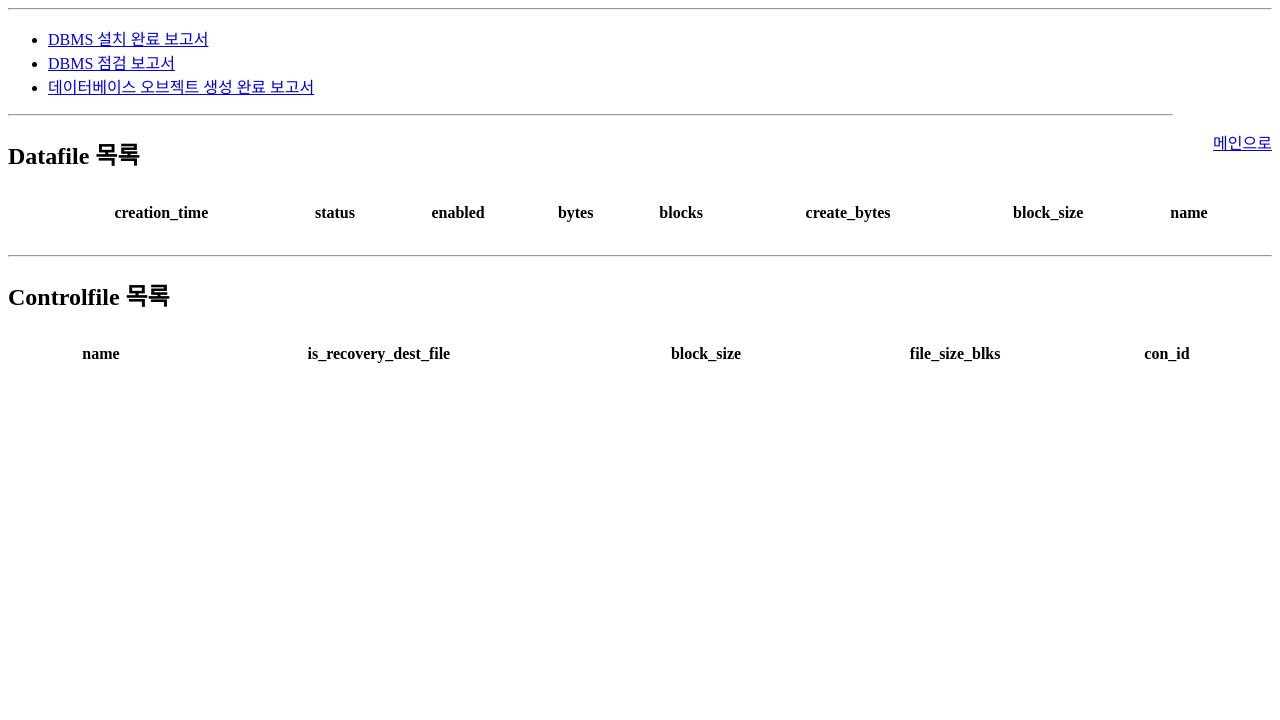
Repository: joon14/java11_database
Page: http://localhost/test01/report02.jsp
The author's editor kept a copy of each file at every save. The page is drawn from the files as they stood at one save, then again after the next save.
The browser window is 1280 px wide. The pictures show the whole page.
The page is served by Tomcat 9. Queries for data that is not in the repository find no rows.

Above is the page before, as saved 2024-03-29 07:13:04.

After the next save:
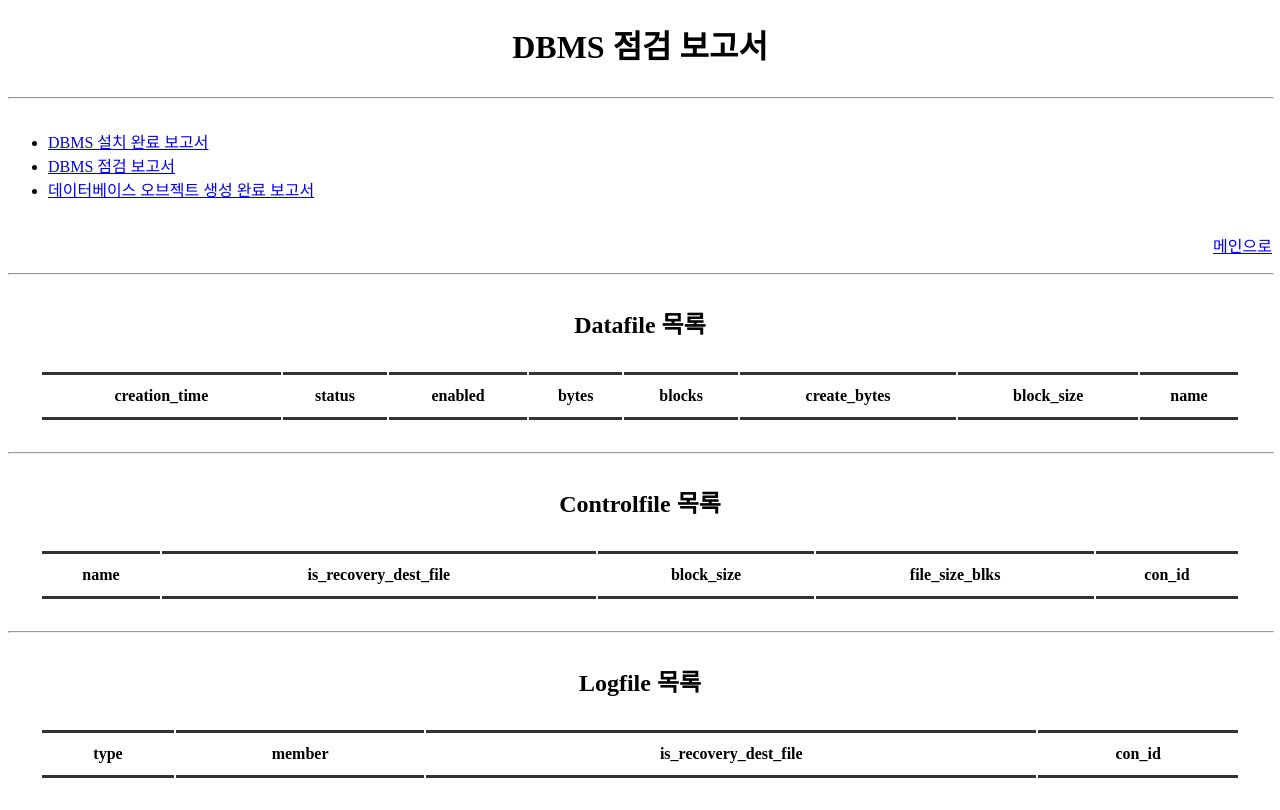
Saved 59 s later.
--- a/test01/WebContent/report02.jsp
+++ b/test01/WebContent/report02.jsp
@@ -114,13 +114,20 @@
 <head>
 <meta charset="UTF-8">
 <title>DBMS 점검 보고서</title>
+<style>
+	.title { text-align:center; }
+	.tb th {border-top:3px solid#333; border-bottom:3px solid#333; line-height:40px;}
+    .tb td {border-bottom:1px solid#333; line-height:30px; text-align: center;}
+	hr { clear:both; width:100%; margin:30px 0px; padding:0; }
+</style>
 </head>
 <body>
+<h1 class="title">DBMS 점검 보고서</h1>
 <hr>
 <%@ include file="menu.jsp" %>
 <hr>
-<h2>Datafile 목록</h2>
-<table style="width:1200px; margin:30px auto">
+<h2 class="title">Datafile 목록</h2>
+<table style="width:1200px; margin:30px auto" class="tb">
 	<thead>
 		<tr>
 			<th>creation_time</th>
@@ -149,8 +156,8 @@
 	</tbody>
 </table>
 <hr>
-<h2>Controlfile 목록</h2>
-<table style="width:1200px; margin:30px auto">
+<h2 class="title">Controlfile 목록</h2>
+<table style="width:1200px; margin:30px auto" class="tb">
 	<thead>
 		<tr>
 			<th>name</th>
@@ -172,5 +179,27 @@
 	</c:forEach>
 	</tbody>
 </table>
+<hr>
+<h2 class="title">Logfile 목록</h2>
+<table style="width:1200px; margin:30px auto" class="tb">
+	<thead>
+		<tr>
+			<th>type</th>
+			<th>member</th>
+			<th>is_recovery_dest_file</th>
+			<th>con_id</th>
+		</tr>
+	</thead>
+	<tbody>
+	<c:forEach var="data" items="${lList }" varStatus="status">
+		<tr>
+			<td>${data.type }</td>
+			<td>${data.member }</td>
+			<td>${data.is_recovery_dest_file }</td>
+			<td>${data.con_id }</td>
+		</tr>
+	</c:forEach>
+	</tbody>
+</table>
 </body>
 </html>
